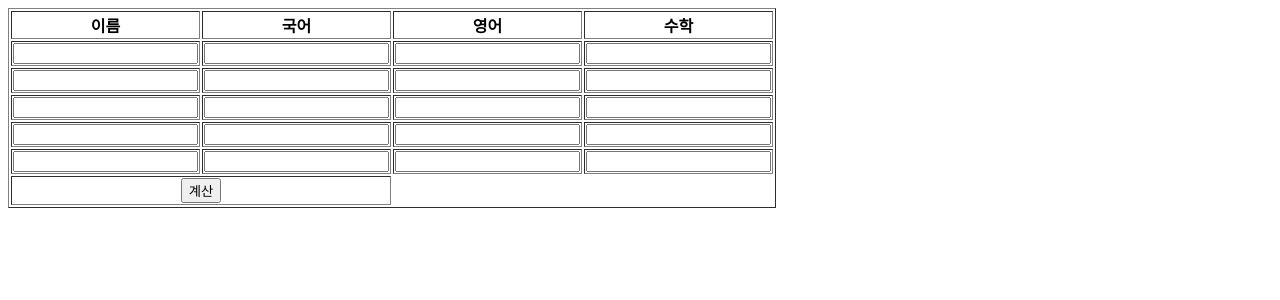
Repository: hjh5217/newJSP
Page: http://localhost/jspProj/subject/sumAvg.jsp
The author's editor kept a copy of each file at every save. The page is drawn from the files as they stood at one save, then again after the next save.
The browser window is 1280 px wide. The pictures show the whole page.
The page is served by Tomcat 9. Other server files are loaded and not shown.

Above is the page before, as saved 2023-07-27 08:02:15.

### jspProj/src/main/webapp/subject/sumAvg.jsp
<%@ page language="java" contentType="text/html; charset=UTF-8"
    pageEncoding="UTF-8"%>
<!DOCTYPE html>
<html>
<head>
<meta charset="UTF-8">
<title>국영수 점수 계산하기</title>
</head>
<body>
	<form action="">
		<table border="">
			<tr>
				<th>이름</th>
				<th>국어</th>
				<th>영어</th>
				<th>수학</th>
			</tr>
			<% for(int i=0; i<5;i++){ %>
			<tr>
				<td><input type="text" name="name"></td>
				<td><input type="text" name="kor"></td>
				<td><input type="text" name="eng"></td>
				<td><input type="text" name="math"></td>
			</tr>
			<%} %>
			<tr>
				<td colspan="2" align="center">
					<input type="submit" value="계산"/>
				</td>
			</tr>
		</table>
	</form>
</body>
</html>

After the next save:
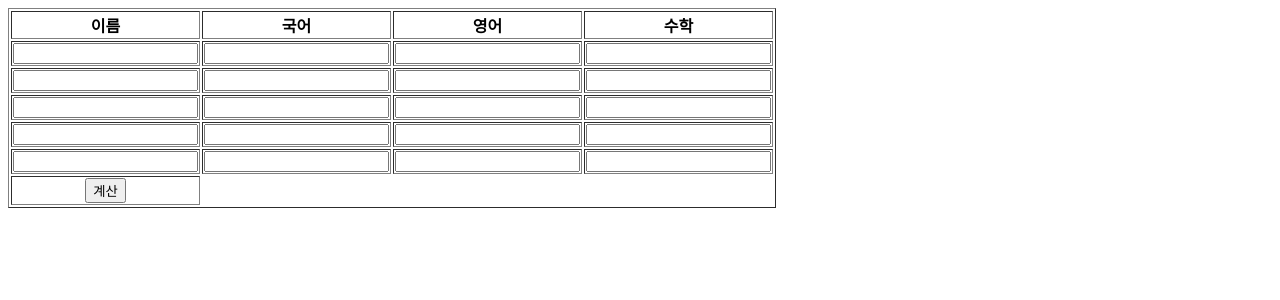
Saved 6 s later.
--- a/jspProj/src/main/webapp/subject/sumAvg.jsp
+++ b/jspProj/src/main/webapp/subject/sumAvg.jsp
@@ -24,7 +24,7 @@
 			</tr>
 			<%} %>
 			<tr>
-				<td colspan="2" align="center">
+				<td align="center">
 					<input type="submit" value="계산"/>
 				</td>
 			</tr>
